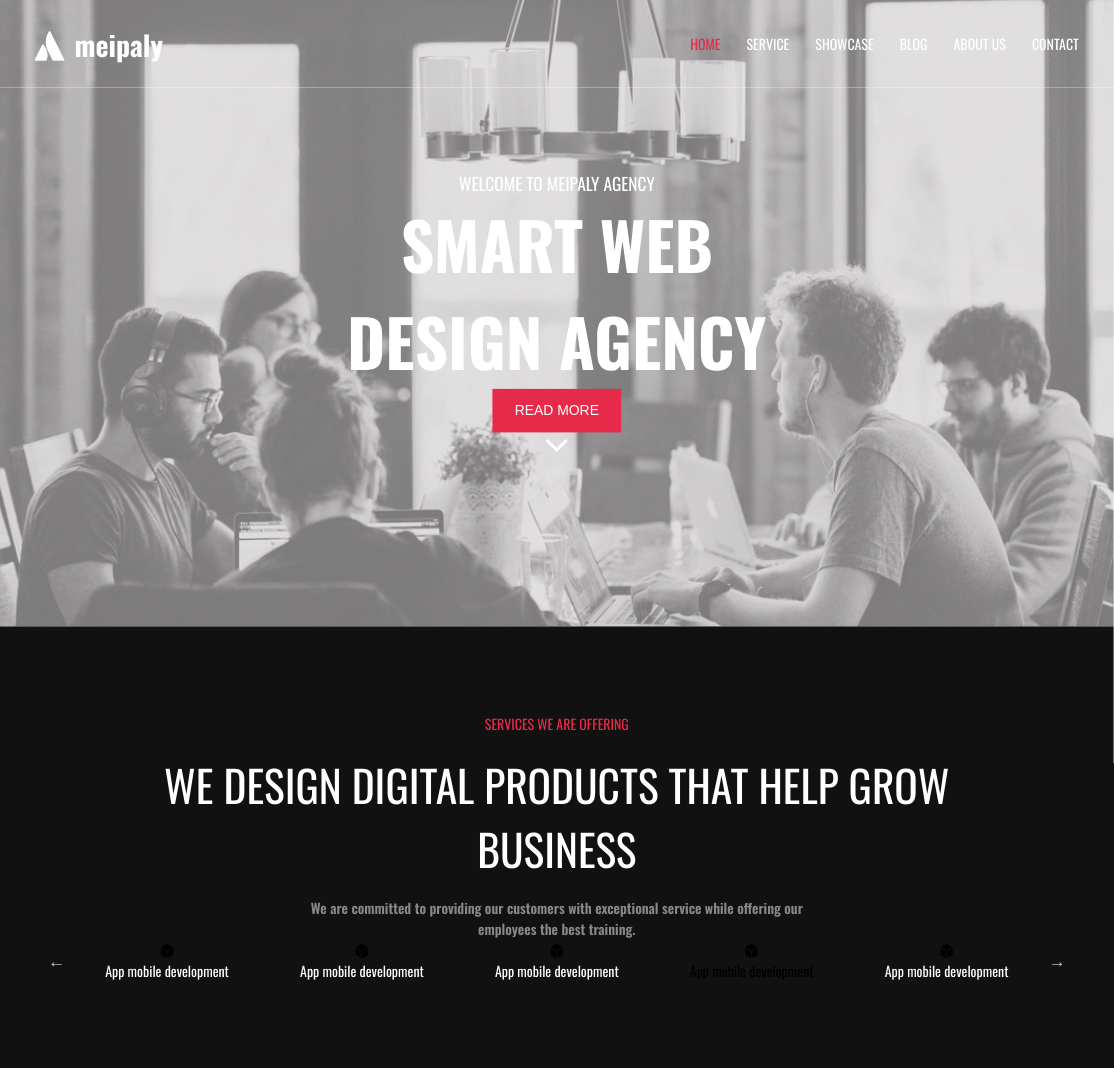
Repository: trminhphuc1504/meipaly
Page: meipaly.html
These files come from the project's save history. The page is drawn as it stood at one moment and after the next save; the edit follows.
The browser window is 1280 px wide. The pictures show the whole page, at 87% of full size.
Some web fonts or font styles are not loaded; a fallback is used. Some web libraries are served in a nearby version.

Above is the page before, as saved 2024-08-19 17:15:09.

### meipaly.html
<!DOCTYPE html>
<html lang="en">
  <head>
    <meta charset="UTF-8" />
    <meta http-equiv="X-UA-Compatible" content="IE=edge" />
    <meta name="viewport" content="width=device-width, initial-scale=1.0" />
    <title>Meipaly</title>
    <!-- link logo -->
    <link
      rel="stylesheet"
      href="https://cdnjs.cloudflare.com/ajax/libs/font-awesome/6.6.0/css/all.min.css"
    />
    <!-- google-font -->
    <link rel="preconnect" href="https://fonts.googleapis.com" />
    <link rel="preconnect" href="https://fonts.gstatic.com" crossorigin />
    <link
      href="https://fonts.googleapis.com/css2?family=Oswald:wght@200..700&display=swap"
      rel="stylesheet"
    />

    <!-- Slick css -->
    <link rel="stylesheet" href="./lib/slick/slick.css" />

    <!-- Slick CSS Theme -->
    <link rel="stylesheet" href="./lib/slick/slick-theme.css" />

    <!-- link css -->
    <link rel="stylesheet" href="css/meipaly.css" />
  </head>
  <body>
    <!-- header -->
    <section id="header">
      <div class="container">
        <header>
          <div class="header-logo">
            <i class="fa-brands fa-atlassian"></i> <span>meipaly </span>
          </div>
          <nav class="header-nav">
            <ul>
              <li><a class="active" href="">HOME</a></li>
              <li><a href="">SERVICE</a></li>
              <li><a href="">SHOWCASE</a></li>
              <li><a href="">BLOG</a></li>
              <li><a href="">ABOUT US</a></li>
              <li><a href="">CONTACT</a></li>
            </ul>
          </nav>
        </header>
      </div>
    </section>
    <!-- banner -->
    <section id="banner">
      <div class="banner-content">
        <p class="banner-desc">WELCOME TO MEIPALY AGENCY</p>
        <h1 class="banner-title">SMART WEB DESIGN AGENCY</h1>
        <button class="banner-btn">Read More</button>
        <i class="fa-solid fa-chevron-down banner-icon"></i>
      </div>
    </section>

    <!-- Carousel -->
    <section id="carousel">
      <div class="container">
        <div class="carousel-content">
          <div class="carousel-sub-title">SERVICES WE ARE OFFERING</div>
          <h2 class="carousel-title">
            WE DESIGN DIGITAL PRODUCTS THAT HELP GROW BUSINESS
          </h2>
          <p class="carousel-desc">
            We are committed to providing our customers with exceptional service
            while offering our employees the best training.
          </p>
          <div class="carousel-slider">
            <div class="carousel-slider-item">
              <i class="fa-solid fa-dice-d6"></i>
              <p>App mobile development</p>
            </div>
            <div class="carousel-slider-item">
              <i class="fa-solid fa-dice-d6"></i>
              <p>App mobile development</p>
            </div>
            <div class="carousel-slider-item">
              <i class="fa-solid fa-dice-d6"></i>
              <p>App mobile development</p>
            </div>
            <div class="carousel-slider-item">
              <i class="fa-solid fa-dice-d6"></i>
              <p>App mobile development</p>
            </div>
            <div class="carousel-slider-item">
              <i class="fa-solid fa-dice-d6"></i>
              <p>App mobile development</p>
            </div>
            <div class="carousel-slider-itemr">
              <i class="fa-solid fa-dice-d6"></i>
              <p>App mobile development</p>
            </div>
            <div class="carousel-slider-item">
              <i class="fa-solid fa-dice-d6"></i>
              <p>App mobile development</p>
            </div>
            <div class="carousel-slider-item">
              <i class="fa-solid fa-dice-d6"></i>
              <p>App mobile development</p>
            </div>
          </div>
        </div>
      </div>
    </section>

    <!-- JQuery -->
    <script src="./js/jquery-1.11.0.min.js"></script>
    <!-- Slick JS -->
    <script src="./lib/slick/slick.min.js"></script>

    <script>
      $(".carousel-slider").slick({
        //Chạy vòng tròn
        infinite: true,
        //số lượng item hiển thị
        slidesToShow: 5,
        //số lượng item thay đổi  khi scroll
        slidesToScroll: 2,
        //Ẩn hiện mũi tên next or prev item
        arrows: true,
        //
        autoplay: true,
      });
    </script>
  </body>
</html>

### css/meipaly.css
/* reset css */
* {
margin: 0;
padding: 0;
box-sizing: border-box;
}

/* reset gạch chân mặc định của thẻ a  */
a{
    text-decoration: none;
}
html{
    font-family: "Oswald", sans-serif;
}

.container{
    max-width: 1200px;
    margin: auto;
    /* background: blue; */
}

/* --------------Header-------------- */
header{
    display: flex;
    justify-content: space-between;
    height: 100px;
    align-items: center;
}

#header{
    position: absolute;
    width: 100%;
    left: 0;
    top:0;
    border-bottom:1px solid rgba(255, 255, 255, 0.4);
}

header .header-logo{
    /* thay đổi hình dạng của con trỏ chuột */
    cursor:pointer ;
}

/* selector chọn những thẻ có class là header-logo nằm trong thẻ header */
header .header-logo span{
 font-size:32px;
 font-weight: 700;
 color:#fff;
 margin-left:  8px;
}

header .header-logo i{
    font-size:34px;
    color: #fff;
}

header .header-nav a{
    text-decoration: none;
    text-transform: uppercase;
    color: #fff;
    /* Xác định thuộc tính thay đổi */
    /* transition: all; */

    /* Thời gian thực hiện chuyển động thay đổi */
    /* transition-duration: 0.3s; */

    /* Hiệu ứng thay đổi */
    /* transition-timing-function: ease-in-out; */

    /* Cú pháp rút gọn */
    transition: all 0.3s ease-in-out;
}
/* hover: bắt sự kiện khi rê chuột vào thẻ a */
header .header-nav a:hover{
color: #e62b4a;
}
/* C1 */
/* header .header-nav li {
    display: inline;
    margin: 30px;
} */

/* C2: Sử dụng flex */
header .header-nav ul{
    /* bỏ đi đánh dấu của thẻ ul li */
    list-style: none;
    display: flex;
    /* chỉnh khoảng cách giữa các flex items */
    gap: 30px;
}
/* C1: thêm class active vào thẻ a ở file html */
/* Seclector tới thẻ a có class active nằm trong header-nav và trong header */
header .header-nav a.active{
    color: #e62b4a;
}

/* C2 */
/* Selector tới thẻ a trong thẻ con li đầu tiên của thẻ ul */
/* nth-child():lựa chọn tới thẻ con bất kì */
/* header .header-nav ul li:first-child{
    color: #e62b4a;
} */

#banner{
        /* Dùng hình ảnh để làm hình nền  */
        background:url(../img/home_slider.jpg);
        /*Tránh trường hợp lặp lại hình*/
        background-repeat: no-repeat;
        /* Chỉnh kích thước của hình nền */
        /* cover:chiếm hết toàn bộ kích thước của thẻ cha */
        /* contain: Giữ nguyên kích thước của hình*/
        background-size: cover;
        /* Chỉnh sửa vị trí của hình background */
        background-position: center;

        /* Cú pháp viết gọn */
        /* background:url(../img/home_slider.jpg) no-repeat center / cover; */
}



/* Banner */
/* Căn giữa nội dụng */
/* C1: flex box */
#banner .banner-content{
    display: flex;
    flex-direction: column;
    justify-content: center;
    align-items: center;
    height:100vh;
}

#banner .banner-content .banner-icon{
    color:#fff;
    font-size: 28px;

    /* Tên của animation đang muốn áp dụng vào */
    animation-name: fadeDown;

    /* Kiểu chuyển động của animation */
    animation-timing-function: linear;

    /* Thời gian thực hiện của animation */
    animation-duration: 1s;

    animation-fill-mode: both;

    /* Thời gian chờ trước khi animation đc thực hiện */
    animation-delay: 1s;

    /* Số lần animation đc thực hiện */
    animation-iteration-count: infinite;


    /* Cú pháp rút gọn: */
    /* animation:fadeDown 1s linear infinite; */
}

/* C2:Position */
/* #banner{
    position: relative;
} */

/* #banner .banner-content{
    position: absolute;
    top:50%;
    left:50%;
    transform: translate(-50%,-50%);
    margin-top:79px;
    text-align: center;
    background-color: #111;
} */

#banner .banner-content .banner-desc{
    color: white;
    font-size: 20px;

}

#banner .banner-content .banner-title{
    color: white;
    font-size: 75px;
    max-width: 500px;
    text-align: center;
}



#banner .banner-content .banner-btn{
    background-color: rgb(230, 43, 74);
    padding: 14px 24px;
    text-transform: uppercase;
    color: #fff;
    font-size: 16px;
    font-weight: 400;
    cursor: pointer;
    outline: none;
    border: 2px solid transparent;
    transition: all 0.3s ease-in-out;
}

#banner .banner-content .banner-btn:hover{
    /* Giá trị cuối cùng (alpha) từ 0-1 giá trị càng nhỏ thì càng đậm */
    /* background-color: rgb(230, 43, 74); */
    background: rgb(230, 43, 74 ,0.6);
}

/* Tạo animation */
/* @keyframe */
@keyframes fadeDown {
    from{
        /* thuộc tính của trang thái bắt đầu */
        opacity: 1;
        transform: translateY(0);
    }
    to{
        /* thuộc tính ở trạng thái khết thúc */
        opacity: 0;
        transform: translateY(50px);
    }
}


/* Carousel */
#carousel{
    padding: 100px 80px;
    background-color:#111;
}

#carousel .carousel-content {
    text-align: center;

}

#carousel .carousel-content .carousel-sub-title{
    color:#e62b4a
}

#carousel .carousel-content .carousel-title{
    font-size: 50px;
    font-weight: 400;
    color:#fff;
    padding: 20px 60px;
}

#carousel .carousel-content .carousel-desc{
    font-size: 16px;
    font-weight: 600;
    color: #888;
    /* padding: 0 60px; */
    /* Độ rộng lớn nhất 600px */
    max-width: 600px;
    /* Căn giữa */
    margin: auto;
}


#carousel .carousel-slider-item p{
    color: #fff
}

Loaded but not shown: lib/slick/slick.css (common file); lib/slick/slick-theme.css (library); js/jquery-1.11.0.min.js (library); lib/slick/slick.min.js (library)

After the next save:
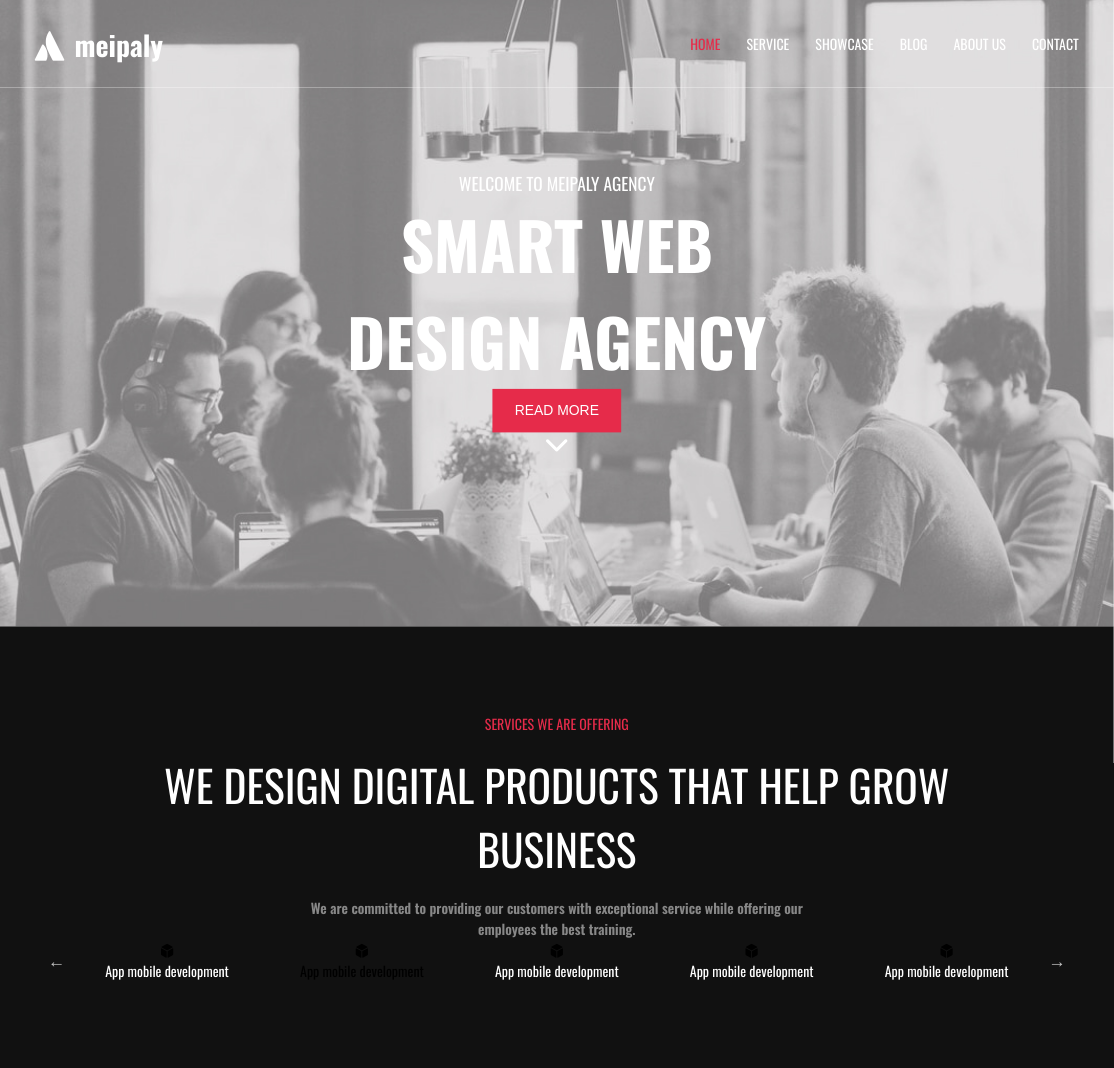
Saved 27 s later.
--- a/meipaly.html
+++ b/meipaly.html
@@ -123,8 +123,10 @@
         slidesToScroll: 2,
         //Ẩn hiện mũi tên next or prev item
         arrows: true,
-        //
+        //Tự động chuyển slider
         autoplay: true,
+
+        autoplaySpeed: 2000,
       });
     </script>
   </body>
